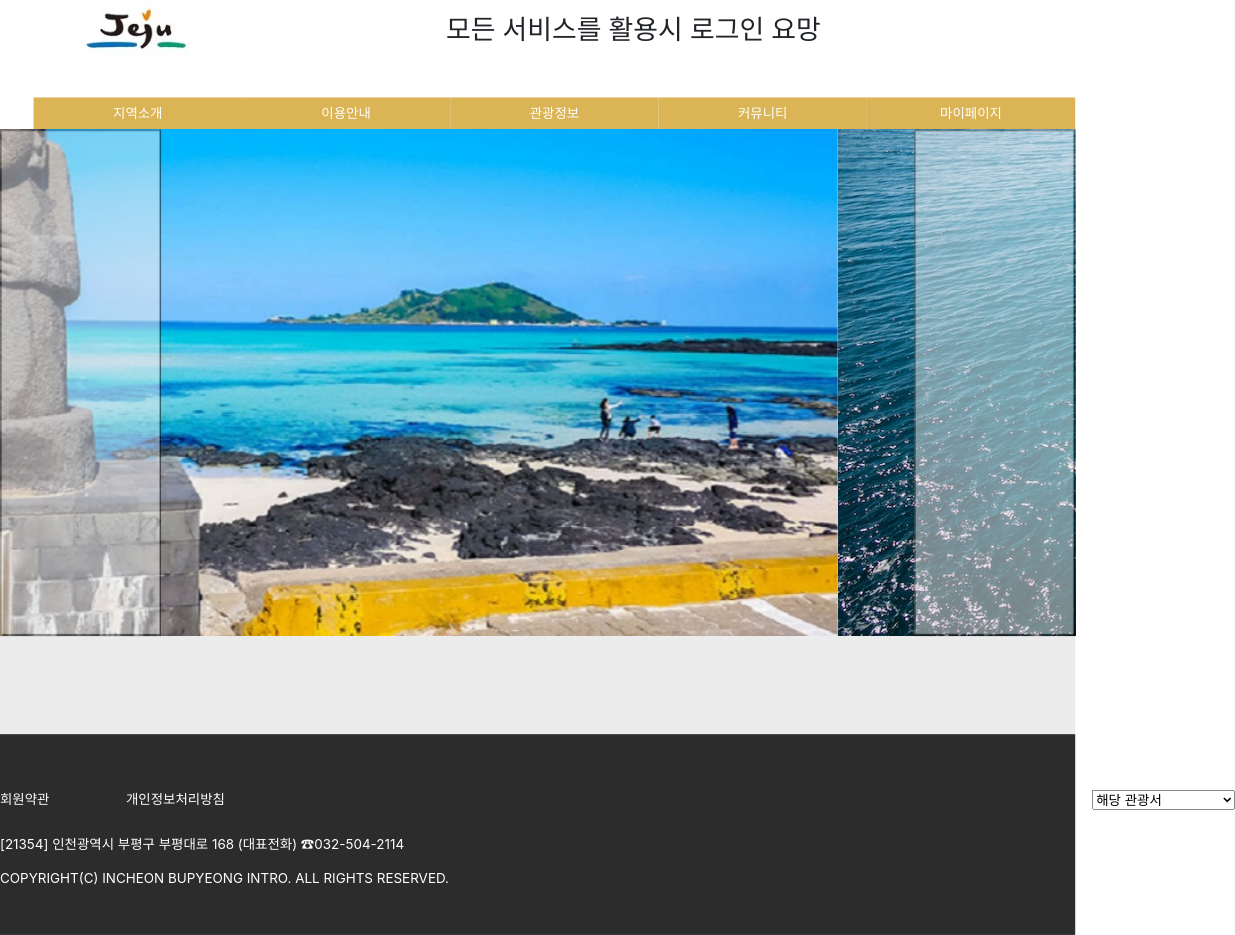
Repository: dlsqja432/Jeju-project
Page: http://localhost/jejudo/
An editor plug-in stored every save of this project. The page is shown before and after the next save, followed by the edit.
The browser window is 1280 px wide. The page is 1470 px wide, so the pictures cover 1470 px, including what lies to the right of the window. The pictures show the whole page, at 84% of full size.
The page is served by Tomcat 9. Other server files are loaded and not shown.

Above is the page before, as saved 2024-04-16 00:56:44.

### jejudo/WebContent/WEB-INF/index.jsp
<%@ page language="java" contentType="text/html; charset=UTF-8"
    pageEncoding="UTF-8"%>
<%@ taglib prefix="c" uri="http://java.sun.com/jsp/jstl/core" %>
<%@ taglib prefix="fmt" uri="http://java.sun.com/jsp/jstl/fmt" %>
<c:set var="path0" value="<%=request.getContextPath() %>" />
<!DOCTYPE html>
<html>
<head>
<meta charset="UTF-8">
<title>${title }</title>
<%@ include file="/head.jsp" %>
<style>
.container {width:1400px; }
.page { clear:both; height:100vh; }
.page_title { font-size:36px; padding-top:2em; text-align:center; }
#page1 { background-color:#ececec }
#page2 { background-color:#fbffc4 }
#page3 { background-color:#f9d6ff }
#page4 { background-color:#d6f5ff }
</style>
</head>
<body>
<div id="header">
	<%@ include file="/header.jsp" %>
</div>
<div id="contents">
	<section class="page" id="page1">
		<figure id="vs">
			<div id="carouselExampleControls" class="carousel slide" data-ride="carousel">
			  <div class="carousel-inner">
			    <div class="carousel-item active">
			      <img src="${path0 }/images/vs4.jpg" class="d-block w-100" alt="...">
			    </div>
			    <div class="carousel-item">
			      <img src="${path0 }/images/vs5.jpg" class="d-block w-100" alt="...">
			    </div>
			    <div class="carousel-item">
			      <img src="${path0 }/images/vs6.jpg" class="d-block w-100" alt="...">
			    </div>
			  </div>
			 <button class="carousel-control-prev" type="button" data-target="#carouselExampleControls" data-slide="prev">
			    <span class="carousel-control-prev-icon" aria-hidden="true"></span>
			    <span class="sr-only">Previous</span>
			  </button>
			  <button class="carousel-control-next" type="button" data-target="#carouselExampleControls" data-slide="next">
			    <span class="carousel-control-next-icon" aria-hidden="true"></span>
			    <span class="sr-only">Next</span>
			  </button>
			</div>
		</figure>
		<h3 class="page_title"></h3>
	</section>
	<div class="">
	</div>
</div>
<div id="footer">
	<%@ include file="/footer.jsp" %>
</div>
</body>
</html>

### jejudo/WebContent/head.jsp
<%@ page language="java" contentType="text/html; charset=UTF-8"
    pageEncoding="UTF-8"%>
<%@ taglib prefix="c" uri="http://java.sun.com/jsp/jstl/core" %>
<%@ taglib prefix="fmt" uri="http://java.sun.com/jsp/jstl/fmt" %>
<c:set var="ipath" value="<%=request.getContextPath() %>" />
<script src="${ipath }/js/jquery-3.2.1.min.js"></script>
<link rel="stylesheet" href="${ipath }/css/bootstrap.min.css" />
<script src="${ipath }/js/bootstrap.min.js"></script>
<link rel="stylesheet" href="https://cdnjs.cloudflare.com/ajax/libs/font-awesome/5.7.0/css/all.min.css" />
<meta name="viewport" content="width=device-width, initial-scale=1.0">
<meta name="subject" content="부평동 소개(Bupyeongdong Intro)" />
<meta name="description" content="부평동, 문화의 거리, 맛집, 교통, 소개" />
<meta name="keywords" content="부평동, 문화의 거리, 맛집, 교통, 소개" />
<link rel="icon" href="${ipath }/images/favicon.png" />
<link rel="shortcut icon" href="${ipath }/images/favicon.png" />
<meta property="og:type" content="website" />
<meta property="og:title" content="bupyeongdong" />
<meta property="og:description" content="부평동, 문화의 거리, 맛집, 교통, 소개" />
<meta property="og:image" content="${ipath }/images/site.png" />
<meta property="og:url" content="http://localhost:8091" />
<link rel="stylesheet" href="${ipath }/css/common.css" />

### jejudo/WebContent/header.jsp
<%@ page language="java" contentType="text/html; charset=UTF-8"
    pageEncoding="UTF-8"%>
<%@ taglib prefix="c" uri="http://java.sun.com/jsp/jstl/core" %>
<%@ taglib prefix="fmt" uri="http://java.sun.com/jsp/jstl/fmt" %>
<c:set var="hpath" value="<%=request.getContextPath() %>" />
<header>
	<div class="logo_wrap">
		<a href="/jeju"><img src="${hpath }/images/Logo.png" alt="제주도 로고" /></a>
	</div>
	<div id="tnb" style="height:100px; line-height:2rem; padding-top:1rem">
		<c:if test="${not empty sid }">
		<h2 style="text-align:center;">${sname } 님 환영합니다.</h2>
		</c:if>
		<c:if test="${empty sid }">
		<h2 style="text-align:center;">모든 서비스를 활용시 로그인 요망</h2>
		</c:if>
	</div>
	<nav id="gnb">
		<ul class="">
			<li class="item">
				<a href="" class="dp1">지역소개</a>
				<ul class="sub_menu">
					<li><a href="${hpath }/intro/origin.jsp">지명유래</a></li>
					<li><a href="${hpath }/intro/facility.jsp">지역 특징 및 시설안내</a></li>
					<li><a href="${hpath }/intro/history.jsp">연혁</a></li>
					<li><a href="${hpath }/intro/map.jsp">오시는 길</a></li>
				</ul>
			</li>
			<li class="item">
				<a href="" class="dp1">이용안내</a>
				<ul class="sub_menu">
					<li><a href="${hpath }/GetTrafficList.do">교통편 안내</a></li>
					<li><a href="${hpath }/tour/building.jsp">공공기관 안내</a></li>
					<li><a href="${hpath }/tour/association.jsp">음식점 안내</a></li>
					<li><a href="${hpath }/tour/lodg.jsp">숙박 시설 안내</a></li>
				</ul>
			</li>
			<li class="item">
				<a href="" class="dp1">관광정보</a>
				<ul class="sub_menu">
					<li><a href="${hpath }/NotiList.do">관광지</a></li>
					<li><a href="">문화재</a></li>
					<li><a href="${hpath }/GetQnaList.do">추천 여행코스</a></li>
				</ul>
			</li>
			<li class="item">
				<a href="" class="dp1">커뮤니티</a>
				<ul class="sub_menu">
					<li><a href="${hpath }/NotiList.do">공지사항</a></li>
					<li><a href="">자료실</a></li>
					<li><a href="${hpath }/GetQnaList.do">묻고답하기</a></li>
				</ul>
			</li>
			<li class="item">
				<a href="" class="dp1">마이페이지</a>
				<ul class="sub_menu">
					<c:if test="${empty sid }">
					<li><a href="${hpath }/member/login.jsp">로그인</a></li>
					<li><a href="${hpath }/member/term.jsp">회원가입</a></li>
					</c:if>
					<c:if test="${not empty sid }">
					<li><a href="${hpath }/Logout.do">로그아웃</a></li>
					<li><a href="${hpath }/EditMember.do?id=${sid }">회원정보</a></li>
					</c:if>
					<c:if test="${sid.equals('admin') }">
					<li><a href="${hpath }/AdminMain.do">관리자</a></li>
					</c:if>
					<li><a href="${hpath }/member/terms.jsp">회원약관</a></li>
					<li><a href="${hpath }/member/policy.jsp">개인정보처리방침</a></li>
				</ul>
			</li>
		</ul>
	</nav>
</header>
<hr>

### jejudo/WebContent/footer.jsp
<%@ page language="java" contentType="text/html; charset=UTF-8"
    pageEncoding="UTF-8"%>
<%@ taglib prefix="c" uri="http://java.sun.com/jsp/jstl/core" %>
<%@ taglib prefix="fmt" uri="http://java.sun.com/jsp/jstl/fmt" %>
<c:set var="fpath" value="<%=request.getContextPath() %>" />
<hr>
<footer>
	<div class="ft_wrap">
		<nav id="fnb">
			<ul>
				<li><a href="${hpath }/member/terms.jsp">회원약관</a></li>
				<li><a href="${hpath }/member/policy.jsp">개인정보처리방침</a></li>
			</ul>
		</nav>
		<div id="loc">
			<select name="sel" id="sel" onchange="locate()">
				<option value="">해당 관광서</option>
				<option value="https://www.geumcheon.go.kr/portal/contents.do?key=651">부평동동주민센터</option>
				<option value="https://www.smpa.go.kr/user/nd19306.do">부평파출소</option>
				<option value="https://www.life114.co.kr/html/board/view.asp?M_SEQ=1877802#google_vignette">인천부평디지털우체국</option>
			</select>
		</div>
		<script>
		function locate(){
			var sel = document.getElementById("sel");
			if(sel.value!=""){
				window.open(sel.value);
			}
		}
		</script>
		<br><br>
		<div id="copyright">
			<p class="addr">[21354] 인천광역시 부평구 부평대로 168 (대표전화) ☎032-504-2114</p>
			<p class="copy">COPYRIGHT(C) INCHEON BUPYEONG INTRO. ALL RIGHTS RESERVED.</p>
		</div>
	</div>
</footer>

### jejudo/src/org/jeju/ctrl/Main.java
package org.jeju.ctrl;

import java.io.IOException;

import javax.servlet.RequestDispatcher;
import javax.servlet.ServletContext;
import javax.servlet.ServletException;
import javax.servlet.annotation.WebServlet;
import javax.servlet.http.HttpServlet;
import javax.servlet.http.HttpServletRequest;
import javax.servlet.http.HttpServletResponse;

@WebServlet("/jeju")
public class Main extends HttpServlet {
	private static final long serialVersionUID = 1L;

    public Main() {
        super();
    }

	protected void service(HttpServletRequest request, HttpServletResponse response) throws ServletException, IOException {
		ServletContext application = request.getServletContext();
		String realPath = request.getSession().getServletContext().getRealPath("/");
		application.setAttribute("realPath", realPath);
		application.setAttribute("title", "부평 소개");

//		List<Notice> latestNotiList = new ArrayList<>();
//		List<Qna> latestQnaList = new ArrayList<>();

//		request.setAttribute("latestNotiList", latestNotiList);
//		request.setAttribute("latestQnaList", latestQnaList);
		request.setAttribute("idol1", "./images/idol1.jpg");
		RequestDispatcher view = request.getRequestDispatcher("/WEB-INF/index.jsp");
		view.forward(request, response);
	}
}

### jejudo/WebContent/css/common.css
@charset "UTF-8";
#header { clear:both; height:120px; }
.logo_wrap { float:left; width:128px; height:auto; margin-left:100px; }
.logo_wrap a { display:block; width:100%; height:auto; }
.logo_wrap a img { display:block; width:100%; height:auto; }
#gnb { clear:both; display:block; width:1280px; height:50px;
margin:15px auto; }
#gnb a { text-decoration:none; }
#gnb ul { list-style:none; }
#gnb .item { float:left; width:20%; position:relative; }
#gnb a.dp1 { display:block; line-height:38px; text-align:center;
background-color:#DAB455; color:#fff; }
#gnb .sub_menu { display:none; position:absolute; top:38px; left:0px;
padding:0; width:100%; z-index:999; }
#gnb .item:hover .sub_menu { display:block; }
#gnb .item:hover a.dp1 { background-color:deepskyblue; }
#gnb .item .sub_menu li { margin:0; padding:0;
text-indent:90px; line-height:32px;  width:100%;
background-color:#659ffc; }
#gnb .item .sub_menu li:hover { background-color:deepskyblue; }
#gnb .item .sub_menu li a { color:#fff; }
#contents { clear:both; }

#vs { clear:both; width:100%; height:800px; overflow:hidden; }
#vs img { display:block; width:100%; height:auto; margin-top:-250px;}

.ft_wrap { width:1400px; margin:0 auto; }
#fnb { width:800px; height:48px; float:left; }
#fnb ul { list-style:none; margin:0px; padding:0px; clear:both; height:48px; }
#fnb li { float:left; width:150px; text-align:left; line-height:48px; }
#fnb li a { color:#fff; }
#loc { width:100px; height:30px; line-height:30px; margin-top:10px; float:right; }
#copyright { clear:both; margin-top:18px; width:100%; }

#footer { background-color:#2c2c2c; padding-top:20px; padding-bottom:40px;
color:#fff; }

Loaded but not shown: jejudo/WebContent/js/jquery-3.2.1.min.js (library); jejudo/WebContent/css/bootstrap.min.css (library); jejudo/WebContent/js/bootstrap.min.js (library)

After the next save:
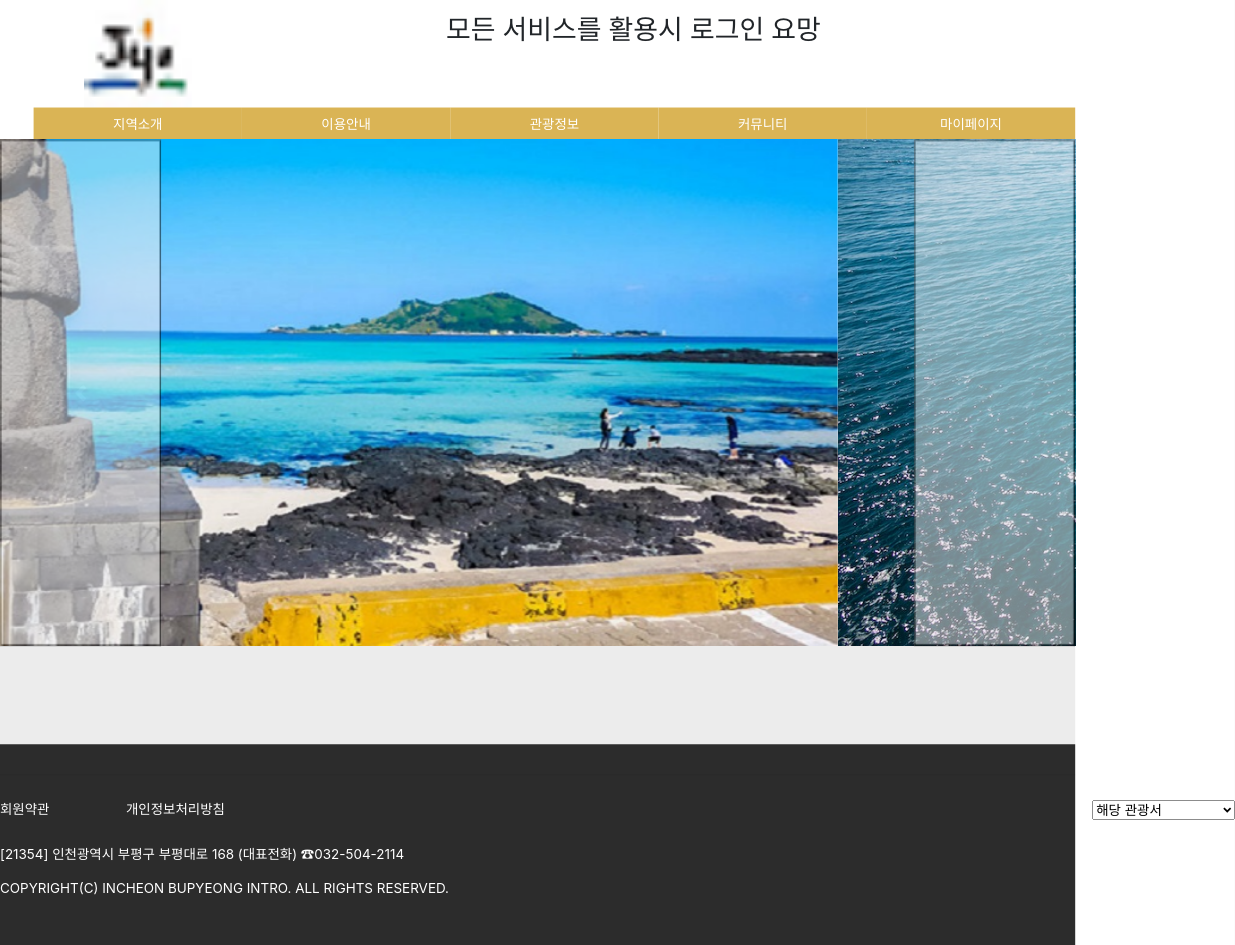
Saved 3 min 12 s later.
--- a/jejudo/WebContent/header.jsp
+++ b/jejudo/WebContent/header.jsp
@@ -5,7 +5,7 @@
 <c:set var="hpath" value="<%=request.getContextPath() %>" />
 <header>
 	<div class="logo_wrap">
-		<a href="/jeju"><img src="${hpath }/images/Logo.png" alt="제주도 로고" /></a>
+		<a href="/jeju"><img src="${hpath }/images/favicon.png" alt="제주도 로고" /></a>
 	</div>
 	<div id="tnb" style="height:100px; line-height:2rem; padding-top:1rem">
 		<c:if test="${not empty sid }">
